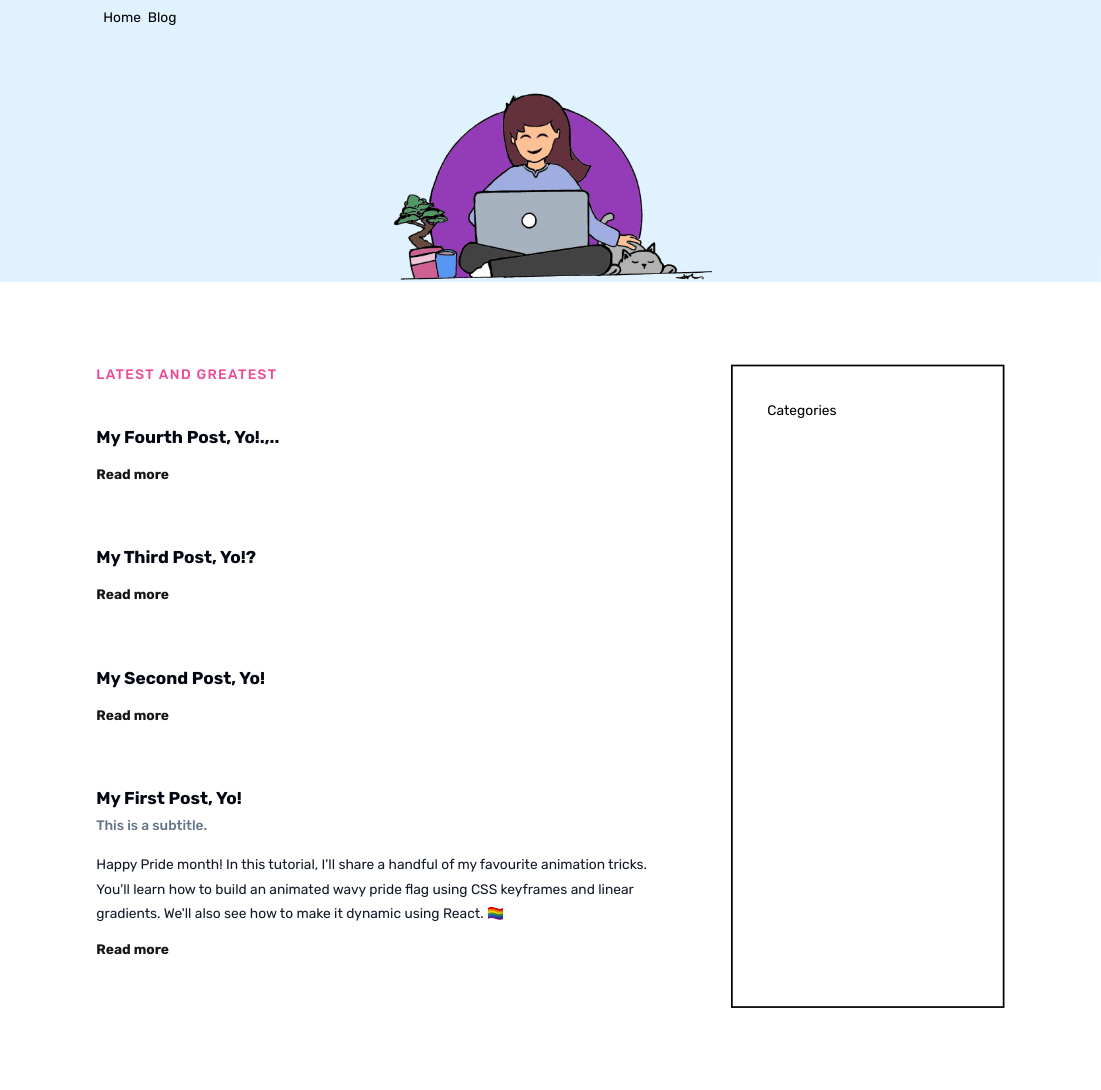
Repository: Risclover/markdown-blog
Page: /
These files come from the project's save history. The page is drawn as it stood at one moment and after the next save; the edit follows.
The browser window is 1280 px wide. The pictures show the whole page, at 86% of full size.
The project was rebuilt for these pictures with package versions that can differ from the ones it lists, and the page was loaded fresh each time. Also part of the build but not shown: src/ErrorPage.js, src/pages/PostPage/PostPage.js.

Above is the page before, as saved 2023-06-29 04:36:19.

### src/index.js
import React from "react";
import ReactDOM from "react-dom/client";
import { createBrowserRouter, RouterProvider } from "react-router-dom";
import "./fonts/wotfard-cufonfonts-webfont/style.css";
import postList from "./posts.json";

import "./index.css";
import App from "./App";
import ErrorPage from "./ErrorPage";
import PostPage from "./pages/PostPage/PostPage";
import Home from "./pages/Home/Home";

const router = createBrowserRouter([
  {
    path: "/",
    element: <App />,
    children: [
      {
        path: "/",
        element: <Home />,
        errorElement: <ErrorPage />,
      },
      {
        path: "/posts/:id",
        element: <PostPage postList={postList} />,
      },
    ],
  },
]);

const root = ReactDOM.createRoot(document.getElementById("root"));
root.render(
  <React.StrictMode>
    <RouterProvider router={router} />
  </React.StrictMode>
);

### src/fonts/wotfard-cufonfonts-webfont/style.css
/* #### Generated By: http://www.cufonfonts.com #### */

    @font-face {
    font-family: 'Wotfard Regular';
    font-style: normal;
    font-weight: normal;
    src: local('Wotfard Regular'), url('Wotfard-Regular.woff') format('woff');
    }

### src/posts.json
[{"id":4,"title":"My Third Post, Yo!?","subtitle":"No subtitle given","description":"No description given","author":"Dave Jones","date":"December 13, 2019","timestamp":1576224000,"content":"\nWelcome to My Blog. _It's a beautiful thing._ I hope you'll have as much fun reading my posts as I have writing them. Well, before we go any further, allow me to introduce myself. I'm Dave Jones. I'm 34, and from Montreal, Canada.\n"},{"id":3,"title":"My Second Post, Yo!","subtitle":"No subtitle given","description":"No description given","author":"Dave Jones","date":"December 11, 2019","timestamp":1576051200,"content":"\nWelcome to My Blog. _It's a beautiful thing._ I hope you'll have as much fun reading my posts as I have writing them. Well, before we go any further, allow me to introduce myself. I'm Dave Jones. I'm 34, and from Montreal, Canada.\n"},{"id":2,"title":"My Fourth Post, Yo!.,..","subtitle":"No subtitle given","description":"No description given","author":"Dave Jones","date":"December 16, 2019","timestamp":1576483200,"content":"\nWelcome to My Blog. _It's a beautiful thing._ I hope you'll have as much fun reading my posts as I have writing them. Well, before we go any further, allow me to introduce myself. I'm Dave Jones. I'm 34, and from Montreal, Canada.\n"},{"id":1,"title":"My First Post, Yo!","subtitle":"This is a subtitle.","description":"Happy Pride month! In this tutorial, I'll share a handful of my favourite animation tricks. You'll learn how to build an animated wavy pride flag using CSS keyframes and linear gradients. We'll also see how to make it dynamic using React. 🏳️‍🌈","author":"Dave Jones","date":"December 11, 2019","timestamp":1576051200,"content":"\nWelcome to My Blog. _It's a beautiful thing._ I hope you'll have as much fun reading my posts as I have writing them. Well, before we go any further, allow me to introduce myself. I'm Dave Jones. I'm 34, and from Montreal, Canada.\n"}]

### src/index.css
/* Importing the Rubik font from Google Fonts */

@import url("https://fonts.googleapis.com/css2?family=Rubik:ital,wght@0,300;0,400;0,500;0,600;0,700;0,800;0,900;1,300;1,400;1,500;1,600;1,700;1,800;1,900&display=swap");

### src/App.js
import "./App.css";
import { Outlet, Route, Routes } from "react-router-dom";
import Home from "./pages/Home/Home";
import NavBar from "./components/NavBar";
import Header from "./components/Header";
import HomeHeader from "./components/HomeHeader";
import postList from "./posts.json";

function App() {
  return (
    <div className="bg-white-100 min-h-screen">
      <Header>
        <NavBar />
        <HomeHeader />
      </Header>
      <div className="m-auto">
        <Outlet />
      </div>
    </div>
  );
}

export default App;

### src/pages/Home/Home.js
import React, { useEffect } from "react";
import postList from "../../posts.json";
import BlogPost from "../../components/BlogPost";
import { Link } from "react-router-dom";
import Categories from "./Categories";

export default function Home() {
  console.log(postList);

  postList.sort((a, b) => {
    let aPost = a.timestamp;
    let bPost = b.timestamp;

    return bPost - aPost;
  });

  return (
    <main className="container px-12 py-24 font-sans mx-auto max-w-6xl w-full flex">
      <section className="mr-16">
        <h2 className="uppercase text-base font-medium tracking-widest text-pink-500 mb-9">
          Latest and Greatest
        </h2>
        <div className="grid grid-cols-1 gap-1 grid-flow-row ">
          {postList.map((post) => (
            <Link to={`/posts/${post.id}`}>
              <BlogPost post={post} />
            </Link>
          ))}
        </div>
      </section>
      <Categories />
    </main>
  );
}

### src/components/NavBar.js
import React from "react";
import { Link } from "react-router-dom";

export default function NavBar() {
  return (
    <div className="py-2">
      <ul className="flex">
        <li className="mx-2">
          <Link to={"/"}>Home</Link>
        </li>
        <li>Blog</li>
      </ul>
    </div>
  );
}

### src/components/Header.js
import React from "react";

export default function Header({ children }) {
  return (
    <header className="w-full bg-sky-100 flex flex-col">
      <div className="max-w-6xl px-12 w-full mx-auto">{children}</div>
    </header>
  );
}

### src/components/HomeHeader.js
import React from "react";
import Avatar from "../images/avatar.png";
export default function HomeHeader() {
  return (
    <div className="h-72 flex flex-col justify-end">
      <div>
        <img className="w-96 m-auto" src={Avatar} />
      </div>
    </div>
  );
}

### src/components/BlogPost.js
import React from "react";
import { HiMiniArrowRight } from "react-icons/hi2";

export default function BlogPost({ post }) {
  return (
    <div
      key={post.id}
      className="container py-2 bg-white mb-12 group cursor-pointer"
    >
      <h3 className="text-xl font-bold leading-8 text-gray-950 group-hover:text-violet-600">
        {post.title}
      </h3>
      {post.subtitle !== "No subtitle given" && (
        <div className="text-slate-500 text-base leading-8 font-medium">
          {post.subtitle}
        </div>
      )}
      {post.description !== "No description given" && (
        <div className="mt-4 font-normal text-gray-900 text-base leading-7">
          {post.description}
        </div>
      )}
      <div className="mt-4 font-bold text-neutral-900 text-base flex items-center">
        <span className="mr-1">Read more</span>{" "}
        <span className="text-lg text-violet-600 hidden group-hover:block">
          <HiMiniArrowRight />
        </span>
      </div>
    </div>
  );
}

### src/pages/Home/Categories.js
import React from "react";

export default function Categories() {
  return <section className="w-3/6 border-2 border-black p-10">Categories</section>;
}

### tailwind.config.js
/** @type {import('tailwindcss').Config} */
module.exports = {
  content: [
    "./app/**/*.{js,ts,jsx,tsx,mdx}",
    "./pages/**/*.{js,ts,jsx,tsx,mdx}",
    "./components/**/*.{js,ts,jsx,tsx,mdx}",

    // Or if using `src` directory:
    "./src/**/*.{js,ts,jsx,tsx,mdx}",
  ],
  theme: {
    fontFamily: {
      sans: ["Rubik", "sans-serif"],
    },
    extend: {},
  },
  plugins: [],
};

Loaded but not shown: public/index.html (common file); src/App.css (common file)

After the next save:
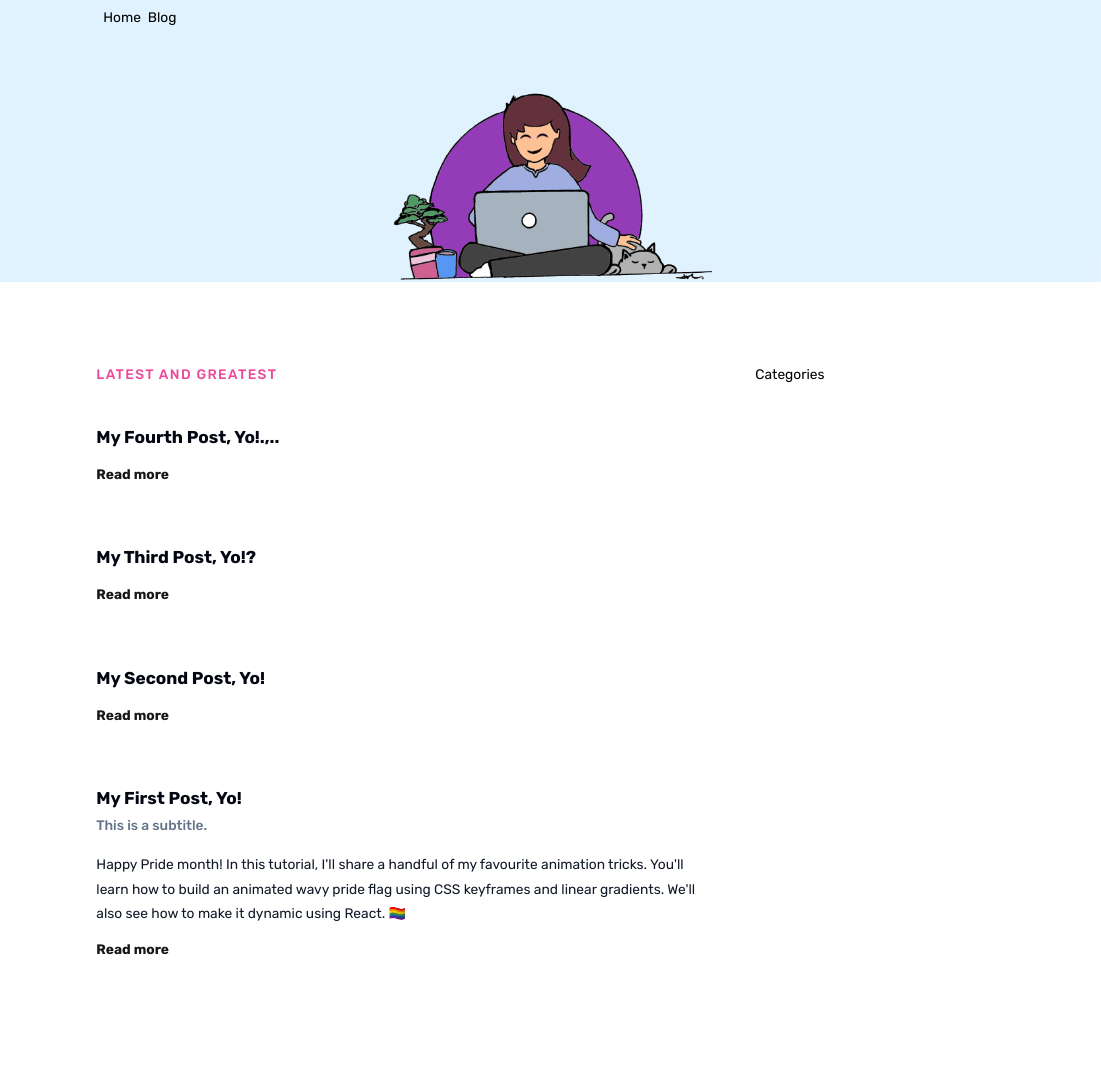
Saved 4 s later.
--- a/src/pages/Home/Categories.js
+++ b/src/pages/Home/Categories.js
@@ -1,5 +1,5 @@
 import React from "react";
 
 export default function Categories() {
-  return <section className="w-3/6 border-2 border-black p-10">Categories</section>;
+  return <section className="w-3/6">Categories</section>;
 }
